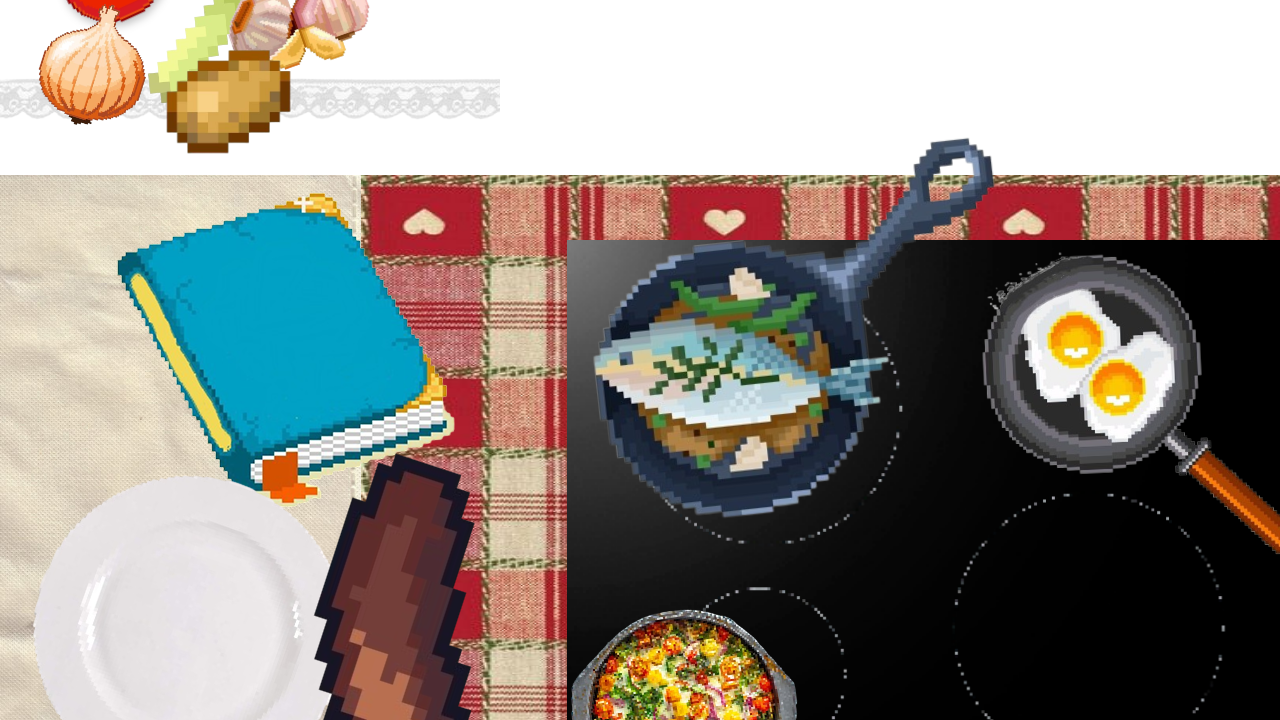
Repository: AJamdonuts/ToddyTalks
Page: playingaround2/pages/chefsujin.html
The author's editor kept a copy of each file at every save. The page is drawn from the files as they stood at one save, then again after the next save.
The browser window is 1280 px wide. The pictures show the whole page.

Above is the page before, as saved 2025-11-26 18:53:45.

### playingaround2/pages/chefsujin.html
<!DOCTYPE html>
<html>
<head>
    <meta charset="UTF-8">
    <meta name="viewport" content="width=device-width, initial-scale=1">
    <link href="/playingaround2/styles/chefsujin.css" rel="stylesheet">
    <title>Chef Sujin</title>
    <link rel="icon" type="image/x-icon" href="/playingaround2/images/favicon.ico">
</head>
<body>
    <div class="canvas">
        <img src="/playingaround2/images/09362b8ce39beb85f830c3373e6b392c-removebg-preview.png" alt="Chef Sujin Banner" class="chef-sujin-banner">
        <img src="/playingaround2/images/b41e50d46e26e9463ce130b2da7a46aa.jpg" class="creamtexture">
        <img src="/playingaround2/images/check table cloth.jpg" class="checktablecloth">
        <img src="/playingaround2/images/pxArt-2.png" class="hob">
        <img src="/playingaround2/images/pixil-frame-0-removebg-preview 1.png" class="recipebook">
        <img src="/playingaround2/images/fishpan.png" class="fishpan">
        <img src="/playingaround2/images/leek-removebg-preview.png" class="leek">
        <img src="/playingaround2/images/garlic-removebg-preview.png" class="garlic">
        <img src="/playingaround2/images/d95fa1e62c663504736614e026fc4862-removebg-preview.png" class="potato">
        <img src="/playingaround2/images/pixil-frame-0-removebg-preview.png" class="eggpan" >
        <img src="/playingaround2/images/pxArt-2-removebg-preview.png" class="vegpan">
        <img src="/playingaround2/images/pxArt-removebg-preview.png" class="plate">
        <img src="/playingaround2/images/tomato-removebg-preview.png" class="tomato">
        <img src="/playingaround2/images/onion-removebg-preview.png" class="onion">
        <img src="/playingaround2/images/IMG_0236_2-removebg-preview.png" class="beararm1" >
        <img src="/playingaround2/images/IMG_0236-removebg-preview.png" class="beararm2" >
    </div>

</body>
</html>

### playingaround2/styles/chefsujin.css


.tomato {
    position: absolute;
    width: 133.75px;
    height: 133.75px;
    left: 45.02px;
    top: 55.06px;
    filter: drop-shadow(0px 4px 4px rgba(0, 0, 0, 0.25));
    border-radius: 4px;
    transform: rotate(-24.58deg);
}

.potato {
    position: absolute;
    width: 165px;
    height: 165px;
    left: 146px;
    top: 161px;
}

.leek {
    position: absolute;
    width: 257.96px;
    height: 257.96px;
    left: 109.95px;
    top: 20px;
    transform: rotate(-5.62deg);
}

.garlic {
    position: absolute;
    width: 194.8px;
    height: 194.8px;
    left: 200.62px;
    top: 74.87px;
    transform: rotate(-19.27deg);
}

.onion {
    position: absolute;
    width: 126.18px;
    height: 144.28px;
    left: 32px;
    top: 145.3px;
    transform: rotate(17.63deg);
}

.recipebook {
    position: absolute;
    width: 392px;
    height: 392px;
    left: 90px;
    top: 302px;
}

.plate {
    position: absolute;
    width: 334.76px;
    height: 332.75px;
    left: 22px;
    top: 616px;
    transform: rotate(19.64deg);
}

.beararm1 {
    position: absolute;
    width: 448.49px;
    height: 883.17px;
    left: 159px;
    top: 392px;
    transform: matrix(0.95, 0.31, 0.31, -0.95, 0, 0);
}

.beararm2 {
    position: absolute;
    width: 527.75px;
    height: 527.75px;
    left: 1160px;
    top: 496.98px;
    transform: rotate(90.11deg);
}

.fishpan {
    position: absolute;
    width: 546.95px;
    height: 546.95px;
    left: 532px;
    top: 257px;
    transform: rotate(-6.22deg);
}

.eggpan {
    position: absolute;
    width: 396px;
    height: 396px;
    left: 942.44px;
    top: 362.44px;
    transform: rotate(177.33deg);
}

.vegpan {
    position: absolute;
    width: 207px;
    height: 310px;
    left: 580.54px;
    top: 703.1px;
    transform: rotate(81.24deg);
}

.hob {
    position: absolute;
    width: 716px;
    height: 632px;
    left: 567px;
    top: 392px;
}

.creamtexture {
    position: absolute;
    width: 476px;
    height: 724px;
    left: -115px;
    top: 327px;
}

.checktablecloth {
    position: absolute;
    width: 1034px;
    height: 697px;
    left: 361px;
    top: 327px;
}

html, body {
    margin: 0;
    padding: 0;
    width: 100%;
    height: 100%;
    overflow: hidden;
}

body {
    display: flex;
    justify-content: center;
    align-items: center;
}

.canvas {
    position: relative;
    width: 1440px;
    height: 1024px;
    transform-origin: center center; /* scale from center */
    transform: scale(
        min(
            calc(100vw / 1440),
            calc(100vh / 1024)
        )
    );
}

After the next save:
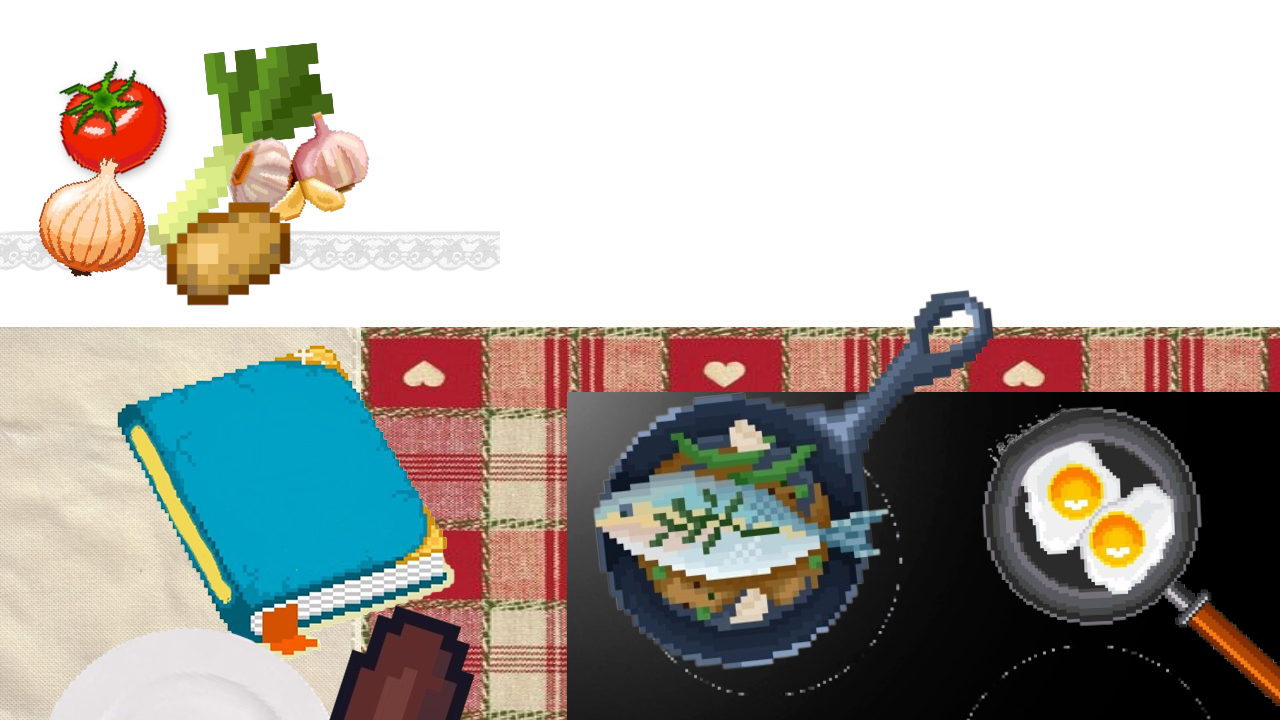
Saved 101 s later.
--- a/playingaround2/styles/chefsujin.css
+++ b/playingaround2/styles/chefsujin.css
@@ -148,13 +148,7 @@ body {
 
 .canvas {
     position: relative;
-    width: 1440px;
-    height: 1024px;
+    width: 100%;
+    height: 100%;
     transform-origin: center center; /* scale from center */
-    transform: scale(
-        min(
-            calc(100vw / 1440),
-            calc(100vh / 1024)
-        )
-    );
 }
